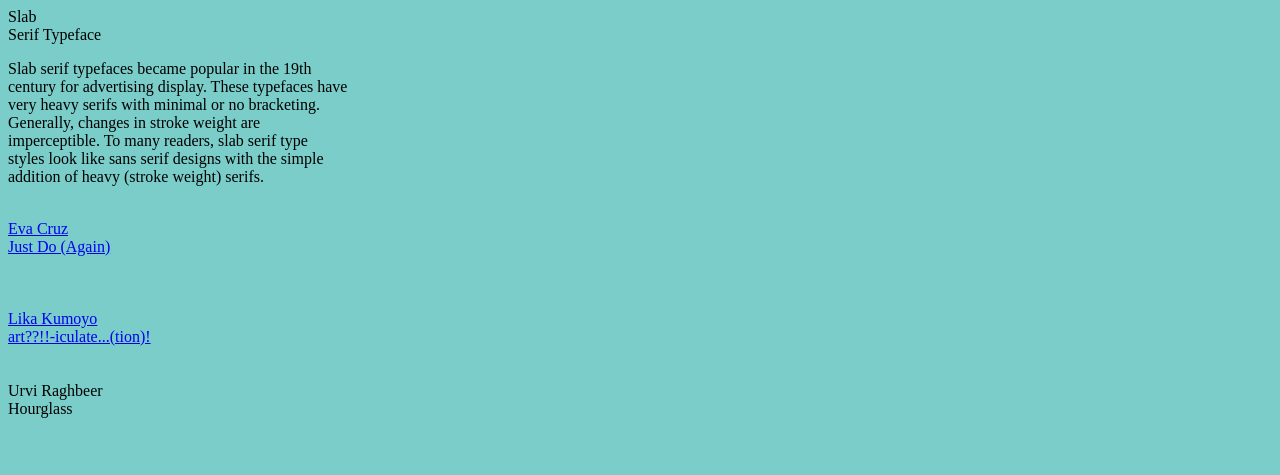
Repository: diasm568/diasm568.github.io
Page: lab/archive/slab.html
The author's editor kept a record of every edit. The page is drawn from the files as they stood at one moment, then again after the next edit.
The browser window is 1280 px wide. The pictures show the whole page.

Above is the page before.

After the next edit:
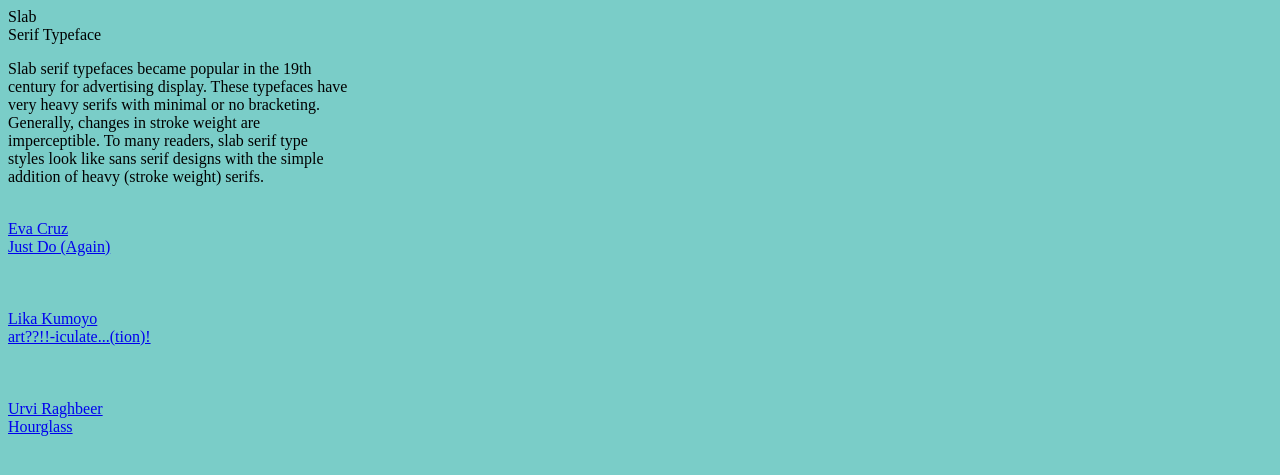
The edit:
--- a/lab/archive/slab.html
+++ b/lab/archive/slab.html
@@ -22,7 +22,7 @@
 <br>
 <br>
 <br>
+<a href="http://kumol508.github.io/Lab/composition2.html"><br>
 Urvi Raghbeer
-<br>
-Hourglass
+<br>Hourglass</a>
 </body>
